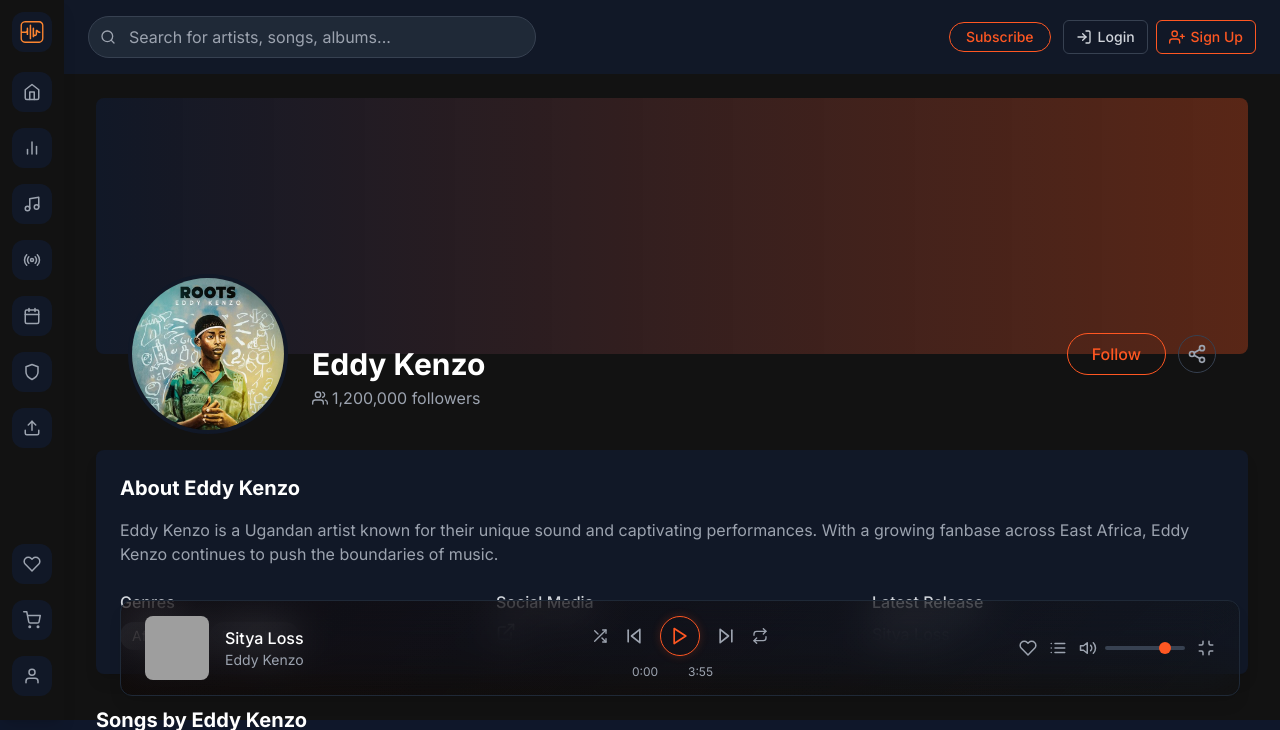
Repository: kaizoku010/sauti-box
Page: /artists/1
These files come from the project's save history. The page is drawn as it stood at one moment and after the next save; the edit follows.
The browser window is 1280 px wide. The pictures show the whole page.
Pictures or frames that could not be fetched are drawn as grey boxes. An inner scrolling area shows only its first screen. The project was rebuilt for these pictures with package versions that can differ from the ones it lists, and the page was loaded fresh each time. The framework's server and built-in components were replaced by stand-ins that run in the browser. Also part of the build but not shown: next.config.mjs, next.config.ts, src/components/PaymentModal.tsx.

Above is the page before, as saved 2025-04-20 22:22:57.

After the next save:
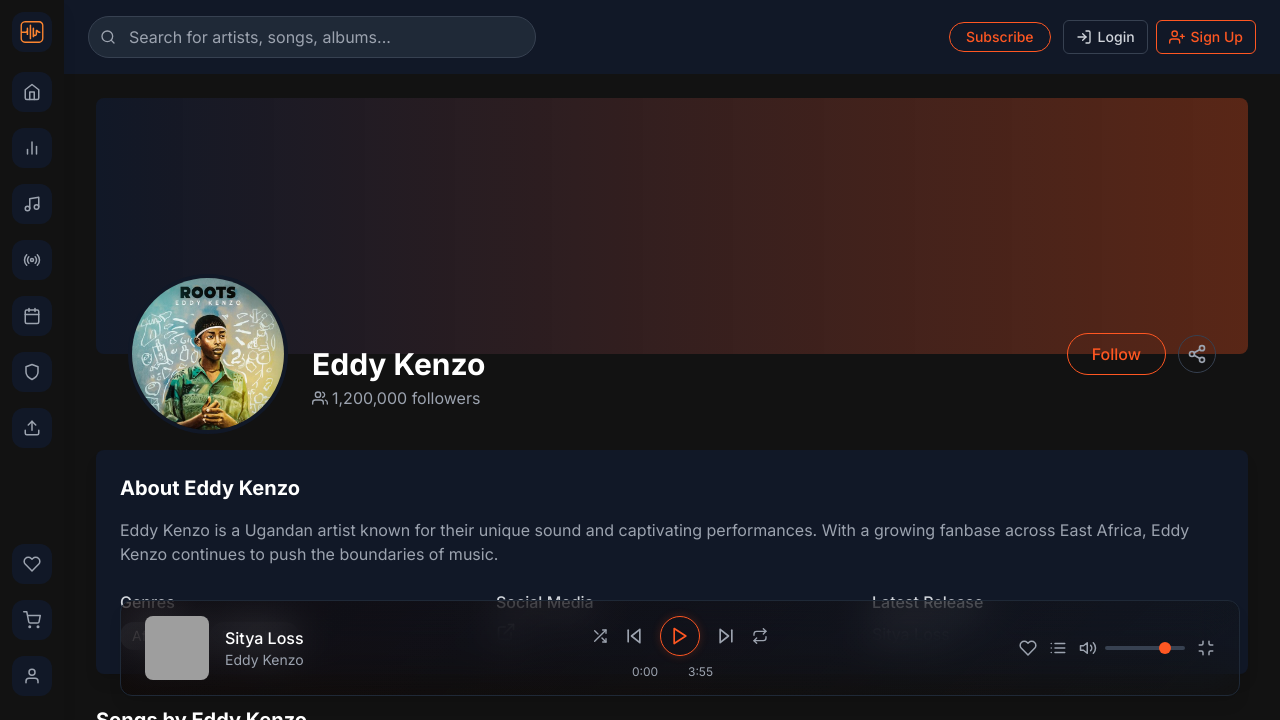
Saved 46 s later.
--- a/src/components/MainLayout.tsx
+++ b/src/components/MainLayout.tsx
@@ -17,13 +17,13 @@
 
   return (
     <MusicPlayerProvider>
-      <div className="flex h-screen bg-background text-white w-full">
+      <div className="flex h-screen bg-background text-white w-full overflow-hidden">
         <Sidebar />
 
         <div className="flex-1 ml-16">
           <Header />
 
-          <main className="p-2 sm:p-4 md:p-6 h-[calc(100vh-64px)] overflow-y-auto w-full">
+          <main className="p-2 sm:p-4 md:p-6 h-[calc(100vh-64px)] overflow-y-auto w-full no-scrollbar">
             {children}
           </main>
 
